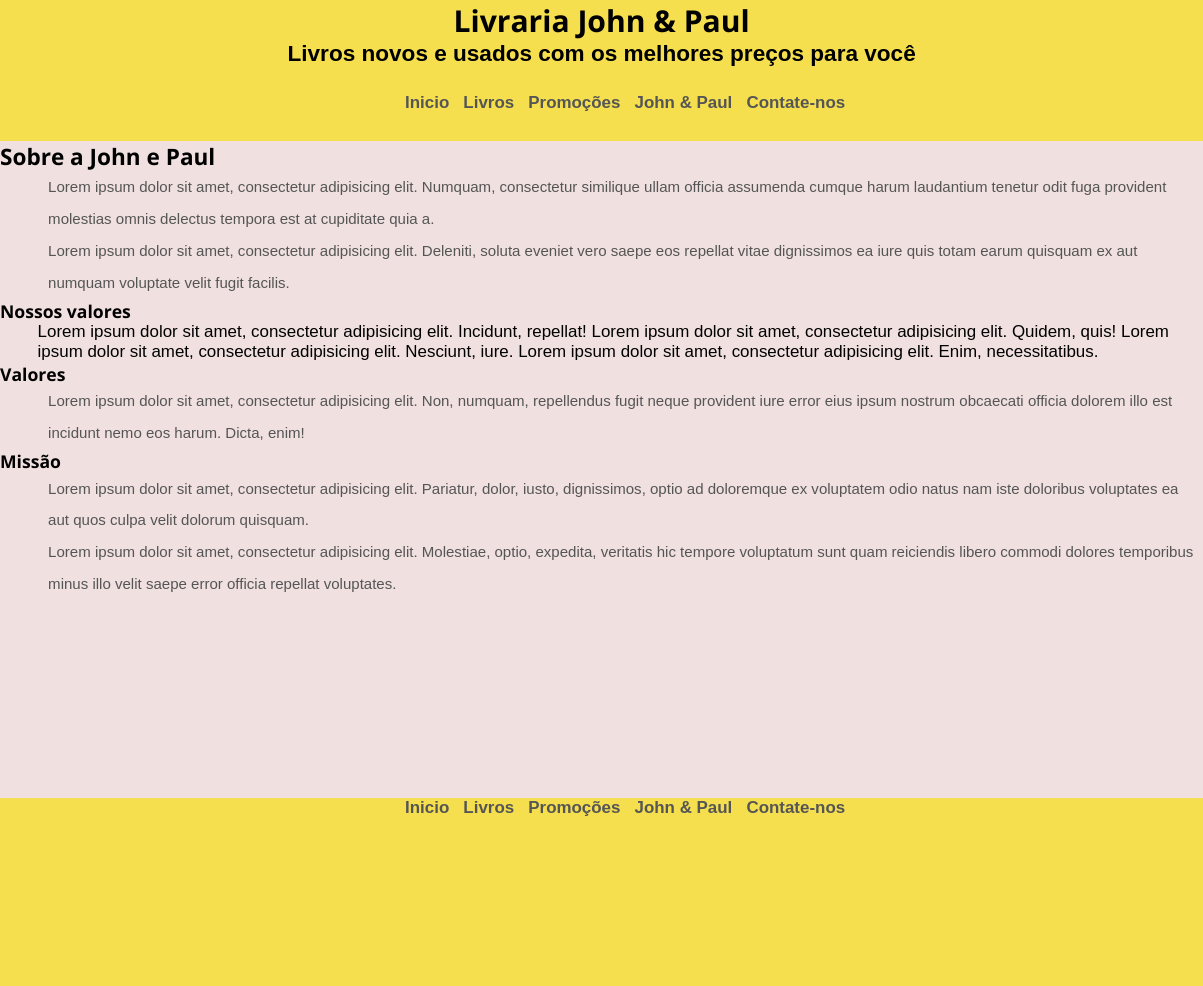
Repository: MarcoantonioCaldeira/Site-livraria-John-e-Paul
Page: sobre.html
An editor plug-in stored every save of this project. The page is shown before and after the next save, followed by the edit.
The browser window is 1280 px wide. The pictures show the whole page, at 94% of full size.

Above is the page before, as saved 2022-09-25 09:35:06.

After the next save:
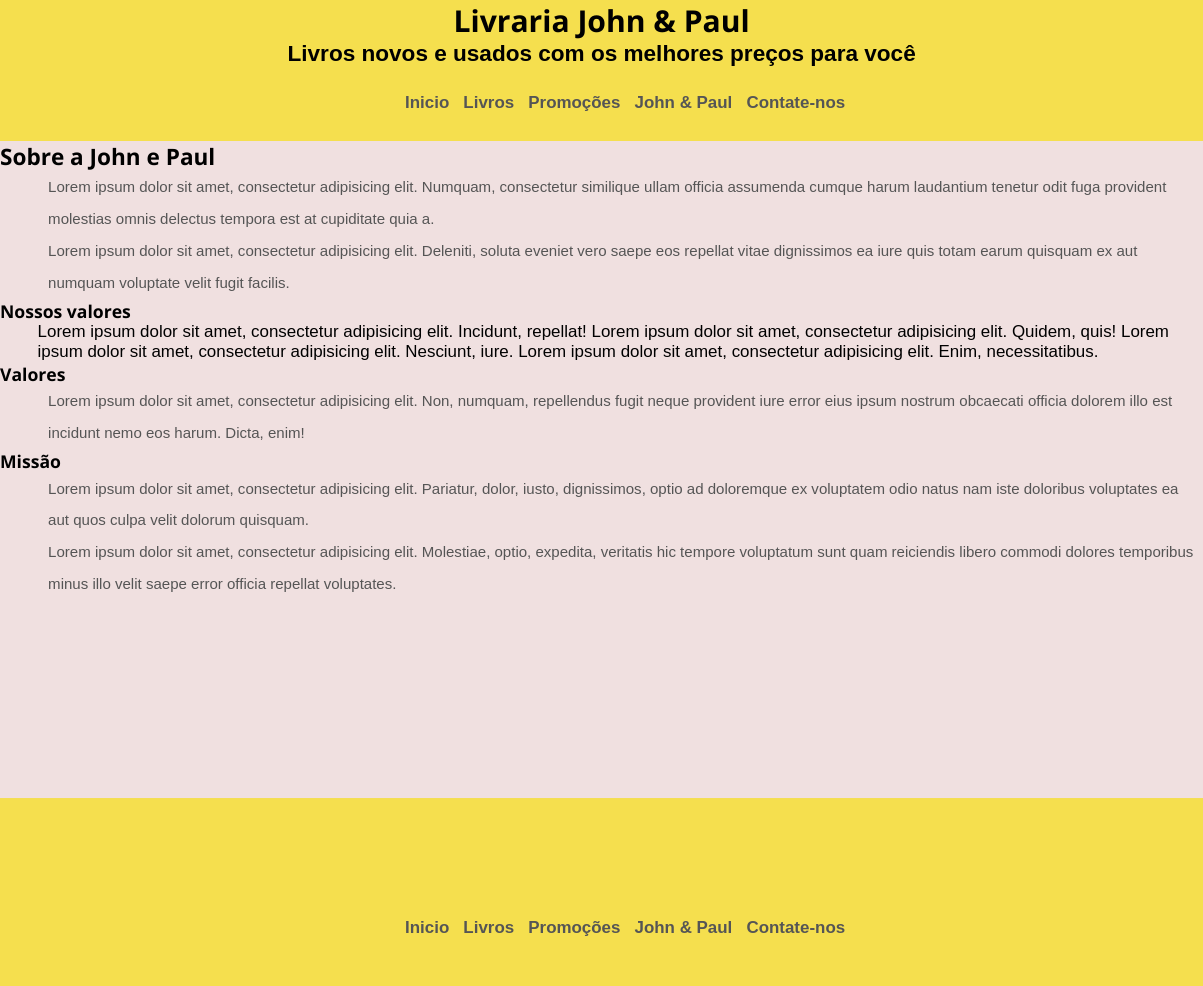
Saved 16 s later.
--- a/sobre.html
+++ b/sobre.html
@@ -39,7 +39,7 @@
 </section>
 
 <footer id="rodape">
-   <ul>
+   <ul class="ul_rodape">
       <li><a href="index.html">Inicio</a></li>
       <li><a href="produtos.html">Livros</a></li>
       <li><a href="#">Promoções</a></li>
